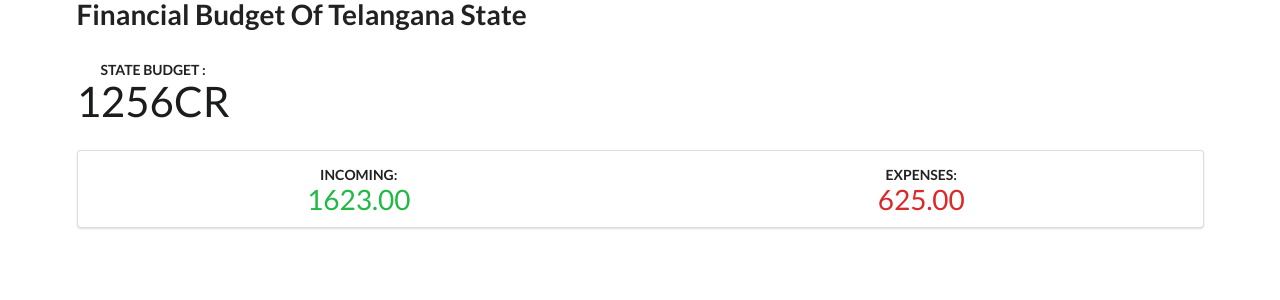
Repository: akHil07090709/advanced-react
Page: /
An editor plug-in stored every save of this project. The page is shown before and after the next save, followed by the edit.
The browser window is 1280 px wide. The pictures show the whole page.
The project was rebuilt for these pictures with package versions that can differ from the ones it lists, and the page was loaded fresh each time. Also part of the build but not shown: src/App.css.

Above is the page before, as saved 2021-05-25 07:33:30.

### src/index.js
import React from "react";
import ReactDOM from "react-dom";
import "./index.css";
import App from "./App";
import "semantic-ui-css/semantic.min.css";

ReactDOM.render(
  <React.StrictMode>
    <App />
  </React.StrictMode>,
  document.getElementById("root")
);

// If you want to start measuring performance in your app, pass a function
// to log results (for example: reportWebVitals(console.log))
// or send to an analytics endpoint. Learn more: https://bit.ly/CRA-vitals

### src/App.js
import { Container, Grid, Header, Segment, Statistic } from "semantic-ui-react";
import "./App.css";

function App() {
  return (
    <Container>
      <Header as="h1">Financial Budget Of Telangana State</Header>
      <Statistic size="small">
        {/* A statistic can display a value with a label above or below it.*/}
        <Statistic.Label>State Budget : </Statistic.Label>
        <Statistic.Value>1256cr</Statistic.Value>
      </Statistic>
      <Segment textAlign="center">
        <Grid columns={2}>
          <Grid.Row>
            <Grid.Column>
              <Statistic size="tiny" color="green">
                <Statistic.Label>Incoming:</Statistic.Label>
                <Statistic.Value>1623.00</Statistic.Value>
              </Statistic>
            </Grid.Column>
            <Grid.Column>
              <Statistic size="tiny" color="red">
                <Statistic.Label>Expenses:</Statistic.Label>
                <Statistic.Value>625.00</Statistic.Value>
              </Statistic>
            </Grid.Column>
          </Grid.Row>
        </Grid>
      </Segment>
    </Container>
  );
}

export default App;

Loaded but not shown: public/index.html (common file); src/index.css (common file)

After the next save:
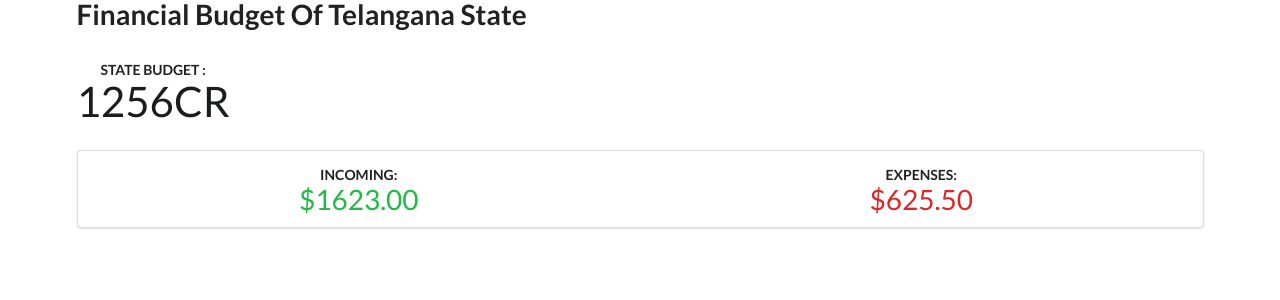
Saved 15 s later.
--- a/src/App.js
+++ b/src/App.js
@@ -16,13 +16,13 @@
             <Grid.Column>
               <Statistic size="tiny" color="green">
                 <Statistic.Label>Incoming:</Statistic.Label>
-                <Statistic.Value>1623.00</Statistic.Value>
+                <Statistic.Value>$1623.00</Statistic.Value>
               </Statistic>
             </Grid.Column>
             <Grid.Column>
               <Statistic size="tiny" color="red">
                 <Statistic.Label>Expenses:</Statistic.Label>
-                <Statistic.Value>625.00</Statistic.Value>
+                <Statistic.Value>$625.50</Statistic.Value>
               </Statistic>
             </Grid.Column>
           </Grid.Row>
